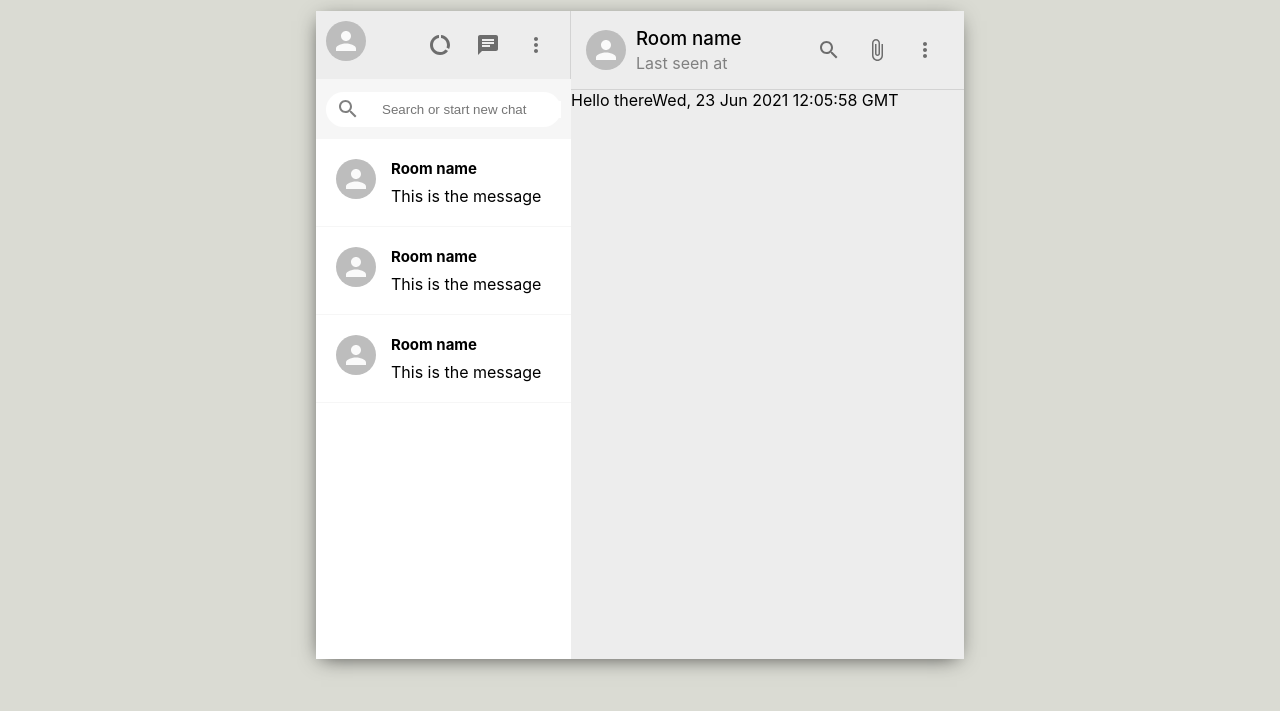
Repository: SayedJamil/WhatsappClone
Page: /
The author's editor kept a copy of each file at every save. The page is drawn from the files as they stood at one save, then again after a run of saves.
The browser window is 1280 px wide. The pictures show the whole page.
The project was rebuilt for these pictures with package versions that can differ from the ones it lists, and the page was loaded fresh each time.

Above is the page before, as saved 2021-06-23 12:22:41.

After the next 6 saves:
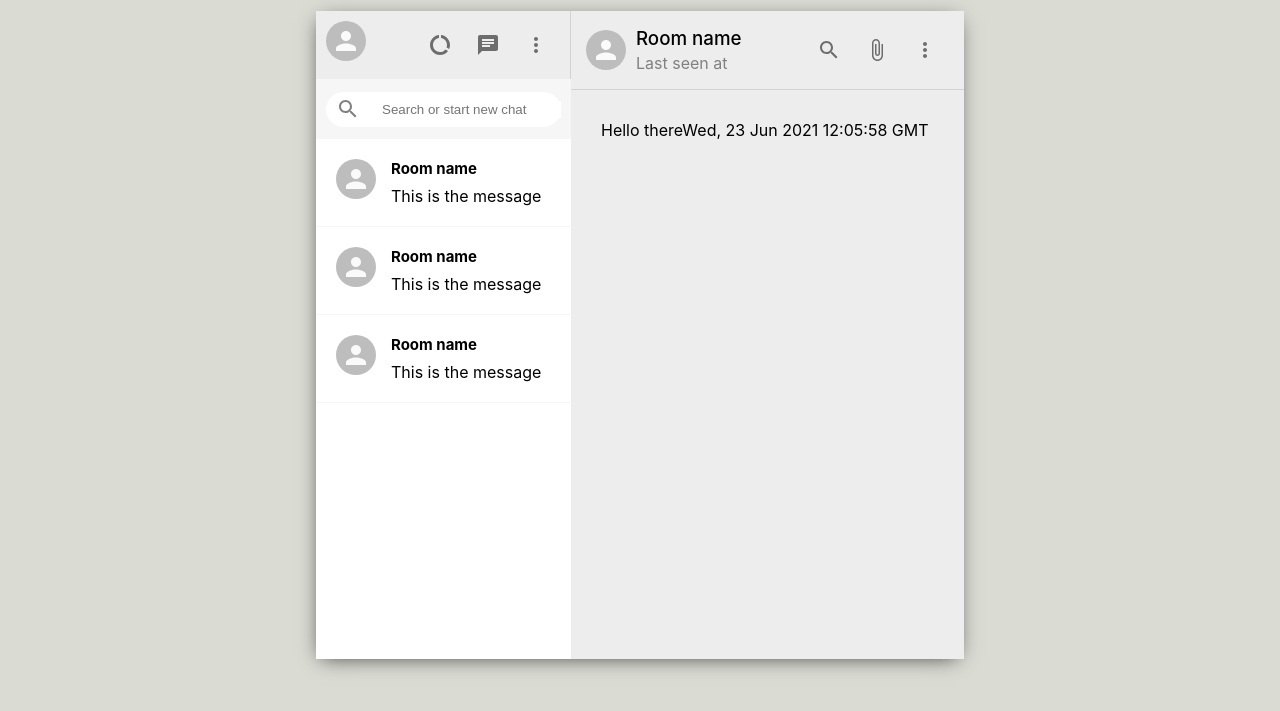
The 6 saves are shown as one change because they came seconds apart.
The last was saved 20 s later.
--- a/src/Chat.css
+++ b/src/Chat.css
@@ -27,4 +27,7 @@ padding-left: 10px;
   flex:1;
   background-repeat: repeat;
   background-position: center;
+  padding:30px;
+  overflow: scroll;
+  background-image: ;
 }
